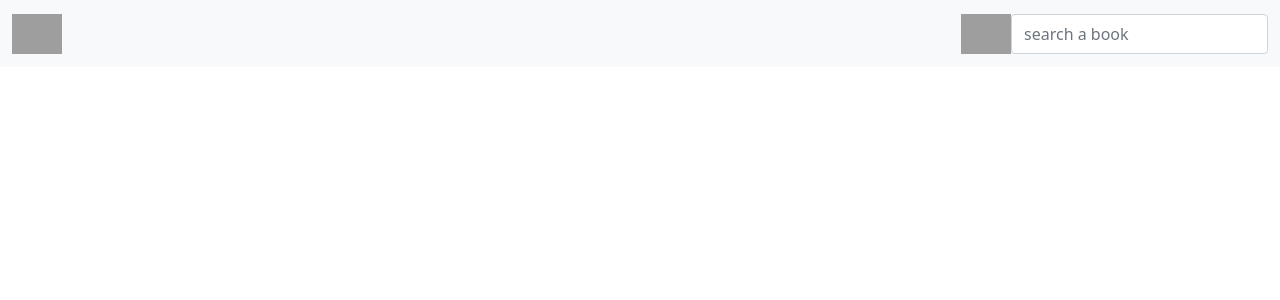
Repository: dilaraozdem1r/BooksApp
Page: /
The author's editor kept a copy of each file at every save. The page is drawn from the files as they stood at one save, then again after the next save.
The browser window is 1280 px wide. The pictures show the whole page.
Pictures or frames that could not be fetched are drawn as grey boxes. The page's requests for data from a server got no answer. The project was rebuilt for these pictures with package versions that can differ from the ones it lists, and the page was loaded fresh each time. No one was signed in, and anything a server would have sent is missing. Also part of the build but not shown: src/Components/Admin.js.

Above is the page before, as saved 2021-08-19 18:49:13.

After the next save:
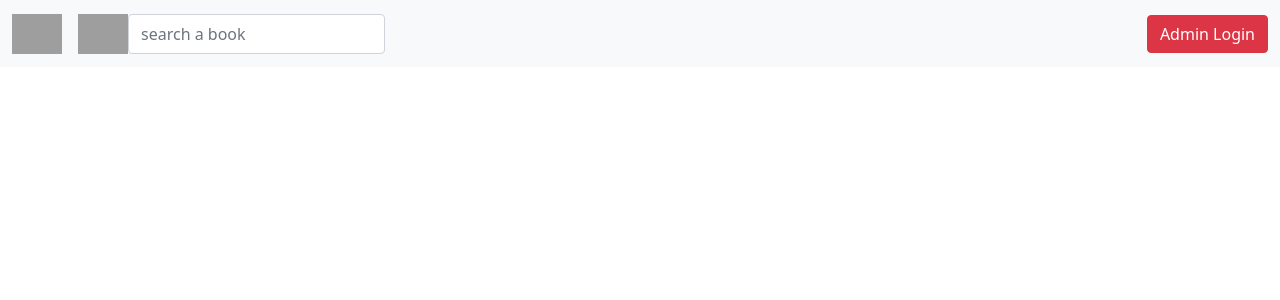
Saved 119 min 54 s later.
--- a/src/Components/App.js
+++ b/src/Components/App.js
@@ -52,6 +52,15 @@ class App extends React.Component {
           </a>
 
             <SearchBar search={this.searchMovie} />
+            <div className="col ol-md-5">
+                        <Link
+                            to="/admin"
+                            type="button"
+                            className="btn btn-danger"
+                            style={{ float: 'right' }}
+                        >Admin Login</Link>
+                    </div>
+
             </div>
           </nav>
       </div>
